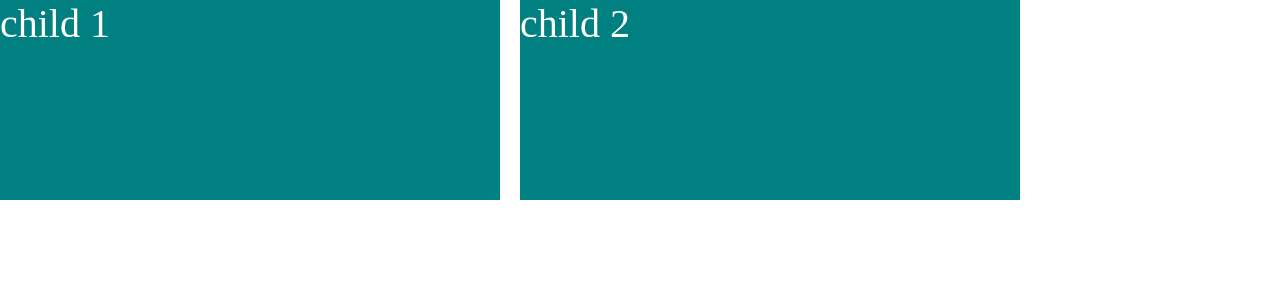
Repository: AytacSafarova/Figma--task
Page: index.html
These files come from the project's save history. The page is drawn as it stood at one moment and after the next save; the edit follows.
The browser window is 1280 px wide. The pictures show the whole page.

Above is the page before, as saved 2023-08-04 14:52:15.
Console error: ReferenceError: camelcase is not defined

After the next save:
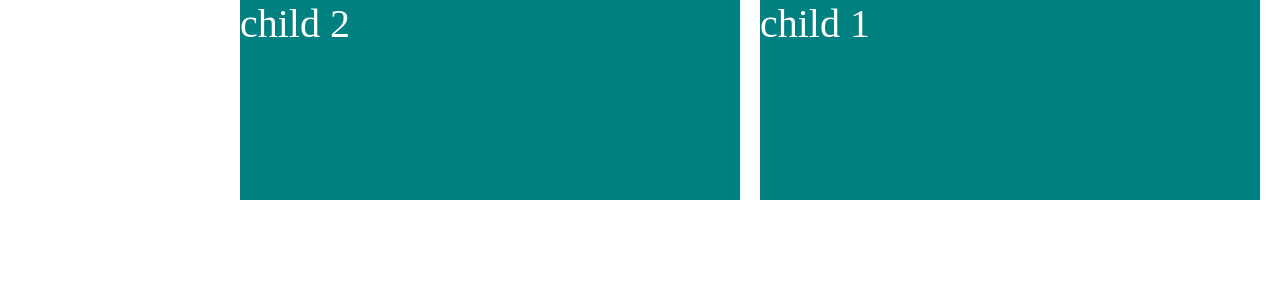
Saved 4 s later.
--- a/index.css
+++ b/index.css
@@ -8,7 +8,7 @@
   /* padding: 214px 0 231px 121px; */
   /* width: 60%; */
   display: flex;
-  flex-direction: ;
+  flex-direction: row-reverse;
 }
 .container h1 {
   color: #000;
